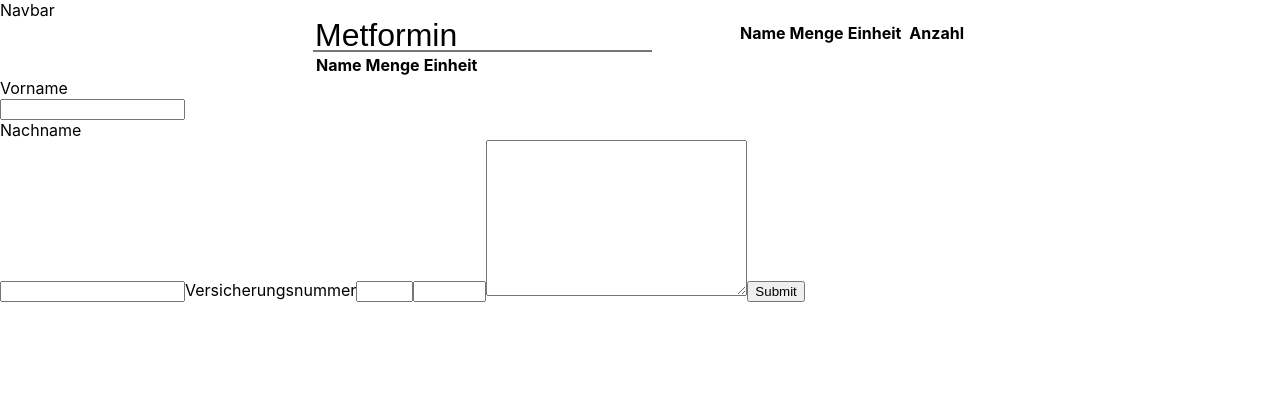
Repository: Esatollah/MedDemo
Page: / (app in client/)
An editor plug-in stored every save of this project. The page is shown before and after the next save, followed by the edit.
The browser window is 1280 px wide. The pictures show the whole page.
The page's requests for data from a server got no answer. The project was rebuilt for these pictures with package versions that can differ from the ones it lists, and the page was loaded fresh each time. No one was signed in, and anything a server would have sent is missing. Also part of the build but not shown: client/src/App.css, client/src/Routes/Bestellungen.jsx.

Above is the page before, as saved 2022-06-09 16:25:30.

### client/src/App.js
import './App.css';
import SearchBar from './Routes/Search';
import {BrowserRouter, Routes, Route} from 'react-router-dom'
import Bestellungen from './Routes/Bestellungen';
import ReactModal from 'react-modal';

ReactModal.setAppElement('#root')

function App() {
  return (
    <BrowserRouter>
    <Routes>
      <Route path='/' element={<div><SearchBar/></div>}/>
      <Route path='/bestellungen' element={<div><Bestellungen/></div>}/>
    </Routes>
    </BrowserRouter>
  );
}

export default App;

### client/src/Routes/Search.jsx
import React, { useState, useEffect } from 'react'
import DrugAPI from '../api/DrugAPI';
import Form from '../components/Form';
import './Search.css'
import Navbar from '../components/Navbar';


const Search = () => {

  const [searchinput, setSearchinput] = useState("Metformin");
  const [drugs, setDrugs] = useState([]);
  const [cartitems, setCartitems] = useState([]);

  useEffect(() => {
    const fetchData = async () => {
      try {
        const result = await DrugAPI.get(`/?drugsearch=${searchinput}`)
        setDrugs(result.data.meds)
      } catch (err) {
        console.error(err);
      }
    }

    fetchData();

  }, [searchinput])

  const handleDrugClick = (e, x) => {
    const is_in_cart = cartitems.some(y => {
      if (y.id === x.id) {
        return true;
      }

      return false;
    })

    if (is_in_cart) {
      return
    }
    let temp = { ...x, anzahl: "1" }
    setCartitems([...cartitems, temp]);
  }

  const handleDelete = (e, x, index) => {
    let temp = [...cartitems]

    temp.splice(index, 1);

    setCartitems(temp);
  }

  const handleCountchange = (e, x, index) => {
    let temps = [...cartitems]
    let temp = {
      ...temps[index],
      anzahl: e.target.value
    }
    temps[index] = temp
    setCartitems(temps);

  }


  return (
    <>
      <Navbar></Navbar>
      <div className='order-container'>
        <div className='search-container'>
          <input type="search" placeholder="Suche" id="search" value={searchinput} onChange={e => setSearchinput(e.target.value)} />
          <div className='table-container'>
            <table className='drugtable'>
              <thead>
                <tr>
                  <th scope='col'>
                    Name
                  </th>
                  <th scope='col'>Menge</th>
                  <th scope='col'>Einheit</th>
                  <th scope='col'></th>
                </tr>
              </thead>
              <tbody>
                {drugs && drugs.map((x) => {
                  return (
                    <tr key={x.id} className="drug-row" >
                      <td className={x.name}>{x.name}</td>
                      <td>{x.menge}</td>
                      <td>{x.mengenart}</td>
                      <td><button onClick={(e) => { handleDrugClick(e, x) }}>+</ button></td>
                    </tr>
                  )
                })}
              </tbody>

            </table>
          </div>
        </div>

        <div className='cart-container'>
          <table>
            <thead>
              <tr>
                <th scope='col'>
                  Name
                </th>
                <th scope='col'>Menge</th>
                <th scope='col'>Einheit</th>
                <th scope='col'></th>
                <th scope='col'>Anzahl</th>
              </tr>
            </thead>
            <tbody>
              {cartitems && cartitems.map((x, index) => {
                if (x.abgabezahl) {
                  return (
                    <tr key={index} className="drug-row" >
                      <td>{x.name}</td>
                      <td>{x.menge}</td>
                      <td>{x.mengenart}</td>
                      <td><button onClick={(e) => handleDelete(e, x, index)}>-</button></td>
                      <td><select onChange={(e) => { handleCountchange(e, x, index) }}><option value="1">1</option><option value="2">2</option></select></td>
                    </tr>
                  )
                }
                return (
                  <tr key={index} className="drug-row" >
                    <td>{x.name}</td>
                    <td>{x.menge}</td>
                    <td>{x.mengenart}</td>
                    <td><button onClick={(e) => handleDelete(e, x, index)}>-</button></td>
                    <td>1</td>
                  </tr>
                )
              })}
            </tbody>
          </ table>
        </div>
      </div>

      <Form cartitems={cartitems} setCartitems={setCartitems} />
    </>
  )
}

export default Search

### client/src/api/DrugAPI.js
import axios from 'axios'

export default axios.create({
    baseURL: "http://localhost:5000/api"
})

### client/src/components/Form.jsx
import React, {useState}from 'react'
import DrugAPI from '../api/DrugAPI'

const Form = props => {

    const [fname, setFname] = useState('');
    const [lname, setLname] = useState('');
    const [vpin, setVpin] = useState('');
    const [vbday, setVbday] = useState('');
    const [anmerkungen, setAnmerkungen] = useState('');

    const handleSubmit = (e) => {

        e.preventDefault();
        const formdata = {
            fname,
            lname,
            vpin,
            vbday,
            anmerkungen
        }

        const fetchData = async () =>{
            try {
            await DrugAPI.post("/", {drugs:{...props.cartitems}, ...formdata})
            } catch (error) {
                console.error(error);
            }
    }

    fetchData();

    setFname('');setLname('');setVpin('');setVbday('');setAnmerkungen('');
    props.setCartitems([]);

}


  return (
    <div>
        <form onSubmit={(e) =>handleSubmit(e)}>
            <label htmlFor="fname">Vorname</label><br/>
            <input type="text" value={fname} id="fname" name="fname" onChange={(e)=> setFname(e.target.value)}required/><br/>
            <label htmlFor="lname">Nachname</label><br />
            <input type="text" id="lname" value={lname} onChange={(e) => setLname(e.target.value)}name="lname" required />
            <label htmlFor="pin">Versicherungsnummer</label>
            <input type="text" id="pin" value={vpin} onChange={(e) => setVpin(e.target.value)} name="pin" size="4" minLength="4"maxLength="4" required/>
            <input type="text" id="bday" value={vbday} onChange={(e) => setVbday(e.target.value)} name="bday" size="6" minLength={6} maxLength={6} required/>
            <textarea value={anmerkungen} onChange={(e) => setAnmerkungen(e.target.value)} name="message" rows="10" cols="30" className='textarea'>
            </textarea>
            <input type="submit" value="Submit" ></input><br />
        </form>
    </div>

  )
}

export default Form

### client/src/Routes/Search.css
#search {
    width:80%;
    height: 2rem;
    outline:none;
    border-top: hidden;
    border-right: hidden;
    border-left: hidden;
    font-size: 2rem;
}

.table-container {
    max-height: 200px;
    max-width: 80%;
    min-width:80%;
    overflow-y: auto;
}

h1 {
    display:flex;
    justify-content: center;
}

.order-container {
    justify-content: center;
    display: flex;
    flex-direction: row;
}

.search-container {
    max-width:40%;
}

.drug-row:hover {
    background-color: beige;
}

### client/src/components/Navbar.jsx
import React from 'react'
import { NavWrap } from './NavbarStyles'
const Navbar = () => {
  return (
    <div>Navbar</div>
  )
}

export default Navbar

### client/src/components/NavbarStyles.js
import styled from "styled-components"

export const NavWrap = styled.div`

`;

Loaded but not shown: client/public/index.html (common file); client/src/index.js (common file); client/src/index.css (common file)

After the next save:
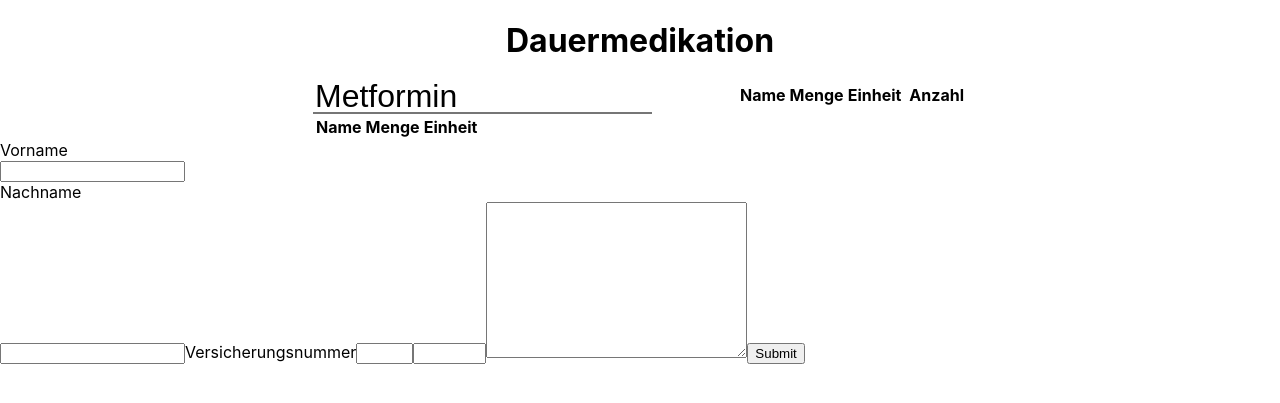
Saved 54 s later.
--- a/client/src/components/Navbar.jsx
+++ b/client/src/components/Navbar.jsx
@@ -2,7 +2,9 @@ import React from 'react'
 import { NavWrap } from './NavbarStyles'
 const Navbar = () => {
   return (
-    <div>Navbar</div>
+    <NavWrap>
+        <h1>Dauermedikation</h1>
+    </NavWrap>
   )
 }
 
